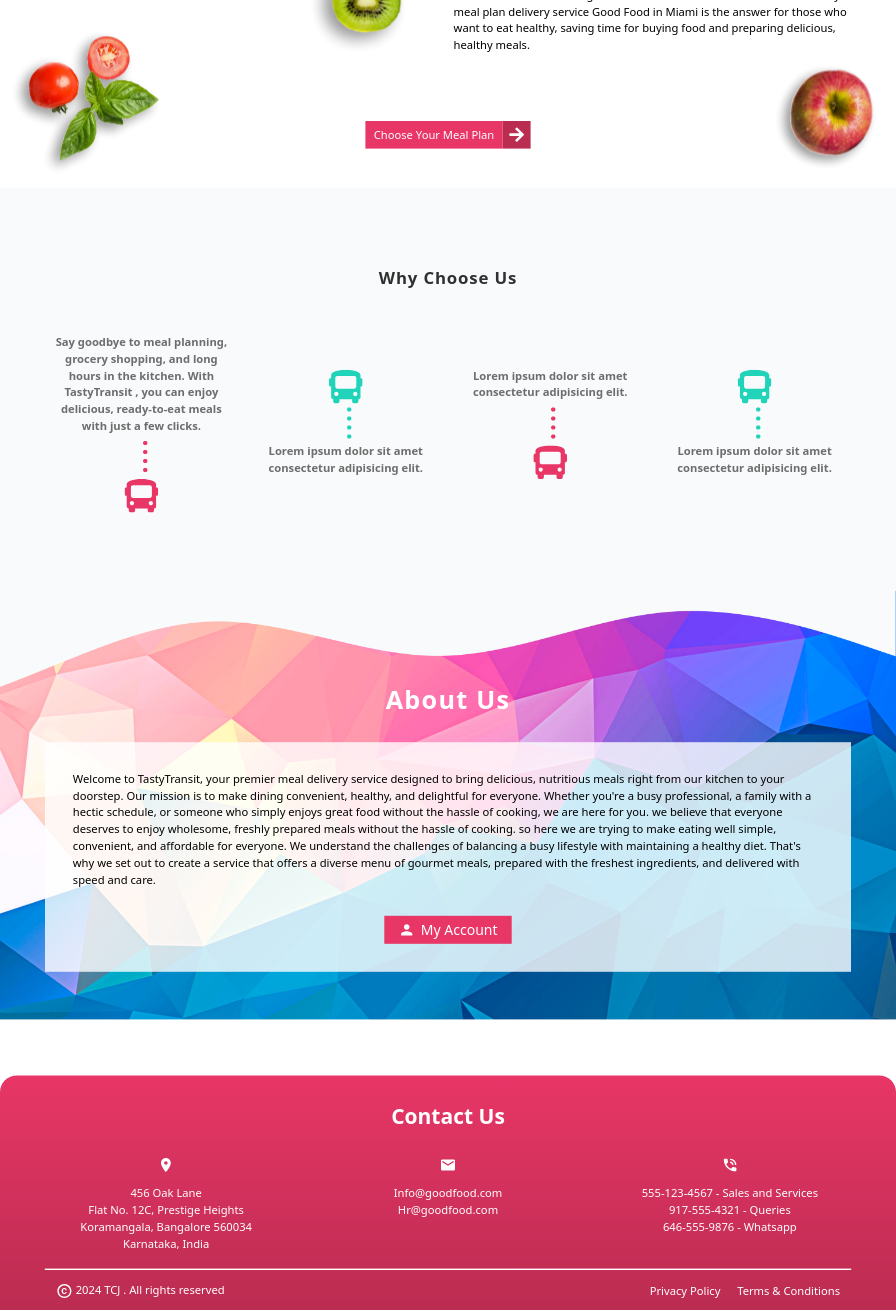
Repository: Ruchii02/restaurant-webpage
Page: / (app in my-project/)
These files come from the project's save history. The page is drawn as it stood at one moment and after the next save; the edit follows.
The browser window is 1280 px wide. The pictures show the part of the page from y = 1096 to 3016 px (the page is 2968 px tall before and 3016 px after), at 70% of full size.
Some web fonts or font styles are not loaded; a fallback is used. The project was rebuilt for these pictures with package versions that can differ from the ones it lists, and the page was loaded fresh each time. Also part of the build but not shown: my-project/vite.config.js.

Above is the page before, as saved 2024-08-06 16:19:50.

### my-project/index.html
<!doctype html>
<html lang="en">
  <head>
    <meta charset="UTF-8" />
    <link rel="icon" type="image/svg+xml" href="/vite.svg" />
    <meta name="viewport" content="width=device-width, initial-scale=1.0" />
    <title>TastyTransit</title>
  </head>
  <body>
    <div id="root"></div>
    <script type="module" src="/src/main.jsx"></script>
  </body>
</html>

### my-project/src/App.jsx

import React, { useEffect, useState } from 'react'
import Navbar from './components/Navbar/Navbar'
import MainPage from './components/MainPage/MainPage'
import Banner from './components/Banner/Banner'
import WhyChoose from './components/WhyChoose/WhyChoose'
import About from './components/About/About'
import Footer from './components/Footer/Footer'
import Popup from './components/Popup/Popup'
import { duration, easing } from '@mui/material'
import AOS from "aos";
import "aos/dist/aos.css";
 const App = () => {
  const [showPopup , setShowPopup] = useState(false);

  const HandlePopup = ()=>{
    setShowPopup(true);
  };

  useEffect(()=>{
    AOS.init({
      offset: 100,
      duration: 800,
      easing: "ease-in-shine",
      delay : 100,
    });
    AOS.refresh();
  }, []);
  return (
    <div className="overflow-x-hidden">
      <Navbar HandlePopup={HandlePopup}/>
      <MainPage/>
      <Banner/>
      <WhyChoose/>
      <About HandlePopup={HandlePopup}/>
      <Footer/>
      <Popup showPopup={showPopup} setShowPopup={setShowPopup}/>
    </div>
  )
}



export default App

### my-project/src/index.css
@import url('https://fonts.googleapis.com/css2?family=Ephesis&display=swap');

@tailwind base;
@tailwind components;
@tailwind utilities;

### my-project/src/components/Navbar/Navbar.jsx
import React from 'react'
import {FaCaretDown} from "react-icons/fa";
import PersonIcon from '@mui/icons-material/Person';
const NavLinks = [
    {
        id: 1,
        name:"Home",
        link: "#"

    },
    {
        id: 1,
        name:"About",
        link: "#"

    },
    {
        id: 1,
        name:"Contact",
        link: "#"

    },
];

const DropdownLinks = [
    {
        id: 1,
        name: "Vegetables",
        link: "#",
    },
    {
        id: 2,
        name: "Fruits",
        link: "#",
    },
    {
        id: 3,
        name: "Grains",
        link: "#",
    },
    {
        id: 4,
        name: "Drinks",
        link: "#",
    },
]
 const Navbar = ({HandlePopup }) => {
  return (
    <>
    <div className='bg-white shadow-md'>
        <div className="container flex justify-between py-4 sm:py-3">
            {/*logo section*/}
         <div className='font-bold text-3xl'>
           Logo
         </div>
         {/*navbar section*/}
         <div>
            <ul className='flex items-center gap-10'>
                {
                    NavLinks.map(({id , name, link})=>(
                        <li key={id}>
                            <a href={link} className=' hidden sm:inline-block
                            hover:text-primary text-xl font-semibold'>{name}</a>
                        </li>
                    ))
                }
                {/*dropdown and links*/}
                <li className=' hidden md:block cursor-pointer group'>
                    <a href='#'
                         className='inline-block
                            hover:text-primary text-xl font-semibold'>
                                <div className='flex items-center gap-[2px] py-2'>
                                  Dropdown
                                  <span>
                                    <FaCaretDown className='group-hover:rotate-180 duration-300'/>
                                  </span>
                                </div>
                            </a>
                            {/*dropdown section*/}
                            <div className='absolute z-[9999] hidden group-hover:block w-[200px] bg-white text-black shadow-md p-2'>
                                <ul>
                                    {
                                        DropdownLinks.map(({id, name, link})=>(
                                            <li key={id}>
                                                <a href={link}
                                                  className='inline-block w-full rounded-md p-2
                                                  hover:bg-primary/20 text-xl '>
                                                    {name}
                                                  </a>
                                            </li>
                                        ))
                                    }
                                </ul>
                            </div>
                </li>
                {/*Login button*/}
                <li>
                   <button onClick={HandlePopup} className='flex justify-center
                    items-center gap-2
                    bg-secondary
                    h-[40px] text-xl text-white px-2
                    py-2 hover:scale-105 duration-300'>
                    <PersonIcon/>
                    My Account
                    </button>
                </li>
            </ul>
         </div>
        </div>
    </div>
    </>
  )
}

export default Navbar;

### my-project/src/components/MainPage/MainPage.jsx
import React from 'react'
import main_bg from "../../assets/main.png"
import PrimaryButton from '../shared/PrimaryButton'
const MainPage = () => {
  return (
    <>
    <div className='relative z-[-1] bg-gradient-to-r from-pink-100 to-cyan-100'>
        <div className="container py-16 sm:py-0">
            <div className="grid grid-cols-1 sm:grid-cols-2 gap-4
                place-items-center min-h-[600px]">

               {/*text-content section*/}
               <div className='space-y-7 text-dark order-2 sm:order-1'>
                 <h1 data-aos = "fade-up" className='text-5xl'>Welcome to <span className='text-primary font-cursive text-7xl'>TastyTransit</span> <br /> Fresh & Healthy <br></br> Meal Plan
                       <span className='text-secondary font-cursive text-7xl'>Delivery</span> <br>
                       </br>{"  "}
                        in Your city
                     </h1>
                   <p data-aos = "fade-up"
                      data-aos-delay="300"
                     className='lg:pr-64'>
                     Delicious Meals Delivered to Your Door
                     From 99$ per month.

                     </p>

                     {/*button section*/}
                     <div data-aos = "fade-up"
                      data-aos-delay="500">
                     <PrimaryButton/>
                     </div>
               </div>
               {/*image section*/}
                 <div data-aos = "zoom-in"
                      data-aos-delay="500"
                   className='relative z-30 order-1 sm:order-2'>
                    <img src={main_bg} alt='' className='w-full sm:scale-125
                          sm:translate-y-16'/>
                 </div>
            </div>
        </div>

    </div>
    </>
  )
}

export default MainPage

### my-project/src/components/WhyChoose/WhyChoose.jsx
import React from 'react'
import { FaBus } from 'react-icons/fa'

const WhyChoose = () => {
  return (
   <>
   <div className="py-14 md:py-28
   bg-gray-50">
    <div className="container">
        {/*heading section*/}
        <h1 data-aos="fade"
          className='pb-16 tracking-wider
            text-2xl font-semibold text-dark
            text-center'>
                Why Choose Us
                </h1>

                {/*card section*/}
                <div data-aos="fade" data-aos-delay="300" >
                    <div className='grid grid-cols-2
                    md:grid-cols-4 gap-14 sm:gap-4 '>
                    {/*first card*/}
                    <div className='text-center flex justify-center
                        items-center flex-col gap-2 px-2'>
                           <p className='text-dark/70 font-semibold'>
                           Say goodbye to meal planning,
                            grocery shopping, and long hours
                             in the kitchen. With TastyTransit
                             , you can enjoy delicious, ready-to-eat
                              meals with just a few clicks.
                            </p>
                            <p className='text-5xl rotate-90 text-primary text-center
                                 translate-x-5'>....</p>
                            <FaBus className='text-5xl text-primary'/>
                    </div>
                    {/*second card*/}
                    <div className='text-center flex justify-center
                        items-center flex-col gap-1 px-3'>
                           <FaBus className='text-5xl text-secondary'/>
                           <p className='text-5xl rotate-90 text-secondary text-center
                                 translate-x-5'>....</p>
                           <p className='text-dark/70 font-semibold'>
                             Lorem ipsum dolor sit amet consectetur adipisicing elit.
                            </p>

                    </div>
                    {/*third card*/}
                    <div className='text-center flex justify-center
                        items-center flex-col gap-2 px-2'>
                           <p className='text-dark/70 font-semibold'>
                             Lorem ipsum dolor sit amet consectetur adipisicing elit.
                            </p>
                            <p className='text-5xl rotate-90 text-primary text-center
                                 translate-x-5'>....</p>
                            <FaBus className='text-5xl text-primary'/>
                    </div>
                     {/*fourth card*/}
                     <div className='text-center flex justify-center
                        items-center flex-col gap-1 px-3'>
                           <FaBus className='text-5xl text-secondary'/>
                           <p className='text-5xl rotate-90 text-secondary text-center
                                 translate-x-5'>....</p>
                           <p className='text-dark/70 font-semibold'>
                             Lorem ipsum dolor sit amet consectetur adipisicing elit.
                            </p>

                    </div>
                    </div>
                </div>
    </div>
   </div>
   </>
  )
}

export default WhyChoose

### my-project/src/components/About/About.jsx
import React from 'react'
import BgPolygon from "../../assets/polygon.png"
import Vector from"../../assets/vector-wave.png";
import PersonIcon from '@mui/icons-material/Person';
const bgStyle = {
    backgroundImage: `url(${BgPolygon})`,
    backgroundRepeat: "no-repeat",
    backgroundPosition: "center",
    backgroundSize: "cover",
    width: "100%",
    height:"100%",
    position: "relative",
};

const About = ({HandlePopup}) => {
  return (
    <>
    <div style={bgStyle} className='py-14'>
        <div className="container min-h-[500px]
            relative z-10">
                <h1 className='pt-20 tracking-wider text-4xl font-semibold
                 text-white text-center'>
                  About Us
                </h1>
                {/*card-section*/}
                <div data-aos="fade"
                      data-aos-delay="300"
                     className='bg-white/80 p-10 my-10'>
                          Welcome to TastyTransit, your premier meal delivery
                           service designed to bring delicious, nutritious
                            meals right from our kitchen to your doorstep. Our mission is
                             to make dining convenient, healthy, and
                             delightful for everyone. Whether you're a
                              busy professional, a family with a hectic
                               schedule, or someone who simply enjoys great
                                food without the hassle of cooking, we are
                                 here for you.
                                 we believe that everyone deserves to enjoy wholesome,
                                  freshly prepared meals without the hassle of cooking.
                                   so here we are trying to make eating well simple,
                                   convenient, and affordable for everyone.
                                 We understand the challenges of
                                 balancing a busy lifestyle with maintaining a
                                 healthy diet. That's why we set out to create a
                                  service that offers a diverse menu of gourmet meals,
                                   prepared with the freshest ingredients,
                                  and delivered with speed and care.



                     <div className='pt-10 flex justify-center'>
                     <button onClick={HandlePopup} className='flex justify-center
                    items-center gap-2
                    bg-primary
                    h-[40px] text-xl text-white px-5
                    py-2 hover:scale-105 duration-300'>
                    <PersonIcon/>
                    My Account
                    </button>
                     </div>
                </div>
        </div>
        {/* wave-vector */}
        <div className='absolute top-0 w-full
              right-0 '>
            <img src={Vector} alt='' className='mx-auto' />
        </div>

    </div>
    </>
  )
}

export default About

### my-project/src/components/Footer/Footer.jsx
import React from 'react'
import PhoneInTalkIcon from '@mui/icons-material/PhoneInTalk';
import EmailIcon from '@mui/icons-material/Email';
import CopyrightIcon from '@mui/icons-material/Copyright';
import LocationOnIcon from '@mui/icons-material/LocationOn';
const Footer = () => {
  return (
    <>
    <div className='text-white mt-20'>
       <div data-aos="fade-down"  className="container bg-gradient-to-b
            from-primary to-primaryDark rounded-t-3xl">
          {/* heading-section */}
               <h1 className='py-10 text-3xl font-bold
                  text-yellow text-center'>
                  Contact Us
                </h1>

            {/* grid-section */}
            <div className='grid grid-cols-1 sm:grid-cols-2
               md:grid-cols-3 gap-14 border-b-2
               border-white pb-6'>
                {/* address-section */}
                <div className='text-center space-y-4'>
                    <div className='flex justify-center'>
                      <LocationOnIcon className='text-5xl'/>
                    </div>
                    <p>
                    456 Oak Lane <br/>
                    Flat No. 12C, Prestige Heights<br/>
                    Koramangala, Bangalore 560034<br/>
                    Karnataka, India
                    </p>
                </div>
                 {/* email-section */}
                 <div className='text-center space-y-4'>
                    <div className='flex justify-center'>
                      <EmailIcon className='text-5xl'/>
                    </div>
                    <div>
                    <p>Info@goodfood.com</p>
                    <p>Hr@goodfood.com</p>
                    </div>
                </div>
               {/* Number-section */}
               <div className='text-center space-y-4'>
                    <div className='flex justify-center'>
                      <PhoneInTalkIcon className='text-5xl'/>
                    </div>
                    <div>
                    <p>555-123-4567 - Sales and Services</p>
                    <p>917-555-4321 - Queries</p>
                    <p>646-555-9876 - Whatsapp</p>
                    </div>
                </div>
            </div>
            {/* copyright-section */}
            <div className='flex justify-between p-4 items-center'>
                <p><CopyrightIcon/> 2024 TCJ . All rights reserved</p>
                <div className='flex items-center gap-6'>
                    <a href='#'>Privacy Policy</a>
                    <a href='#'>Terms & Conditions</a>
                </div>
            </div>
       </div>
    </div>
    </>
  )
}

export default Footer

### my-project/src/components/Popup/Popup.jsx
import React from 'react'
import CloseIcon from '@mui/icons-material/Close';
import GoogleIcon from '@mui/icons-material/Google';
import FacebookIcon from '@mui/icons-material/Facebook';
const Popup = ({showPopup , setShowPopup})=>{
    return (
        <>
        {
             showPopup && (
              <div>
                <div className="h-screen w-screen fixed top-0
                  left-0 bg-black/50 z-50 backdrop-blur-sm">
                    <div className='fixed top-1/2 left-1/2
                       -translate-x-1/2 -translate-y-1/2 p-4
                         shadow-md bg-white rounded-md duration-200 w-[300px]'>
                      {/* header-section */ }
                       <div className='flex items-center justify-between'>
                        <div>
                            <h1 className='text-2xl font-bold
                               text-dark'>Login</h1>
                        </div>
                        <div>
                            <CloseIcon className='text-2xl cursor-pointer'
                              onClick={()=> setShowPopup(false)} />
                        </div>
                       </div>
                       {/* loginForm-section*/}
                       <div className='mt-4'>
                          <input type='email' placeholder='enter email'
                              className='w-full rounded-md border border-gray-300
                              dark:border-gray-500 px-2 py-1 mb-4'   />

                              <input type='password' placeholder='enter password'
                            className='w-full rounded-md border border-gray-300
                              dark:border-gray-500 px-2 py-1 mb-4'   />

                              {/* loginButton-section*/}
                              <div>
                                <button
                                   className='w-full bg-primary text-white
                                      p-2 rounded-md'  onClick={()=> setShowPopup(false)}>Login Now</button>
                              </div>

                               {/* loginSocial-section*/}

                                 <div className='mt-4'>
                                    <p className='text-center'>or Login with</p>
                                    <div className='flex justify-center gap-2 mt-2'>
                                       <GoogleIcon className='text-5xl hover:text-primary duration-200 ' />
                                       <FacebookIcon className='text-5xl hover:text-blue-500 duration-200 '/>
                                    </div>
                                 </div>
                       </div>
                    </div>
                </div>
              </div>
            )
        }
        </>
    )
};

export default Popup;

### my-project/src/components/shared/PrimaryButton.jsx
import React from 'react'
import { FaArrowRight } from 'react-icons/fa'
const PrimaryButton = () => {
  return (
    <>
    <div className='flex items-center group'>
        <button className='bg-primary h-[40px] text-white px-3 py-2'>
            Choose Your Meal Plan
        </button>
        <FaArrowRight className='inline-block
         group-hover:!translate-x-2 duration-200
         p-2 text-base h-[40px] w-[40px] bg-primaryDark text-white'/>
    </div>
    </>
  )
}

export default PrimaryButton

Loaded but not shown: my-project/src/main.jsx (common file); my-project/tailwind.config.js (31 lines, source omitted); my-project/src/components/Banner/Banner.jsx (101 lines, source omitted)

After the next save:
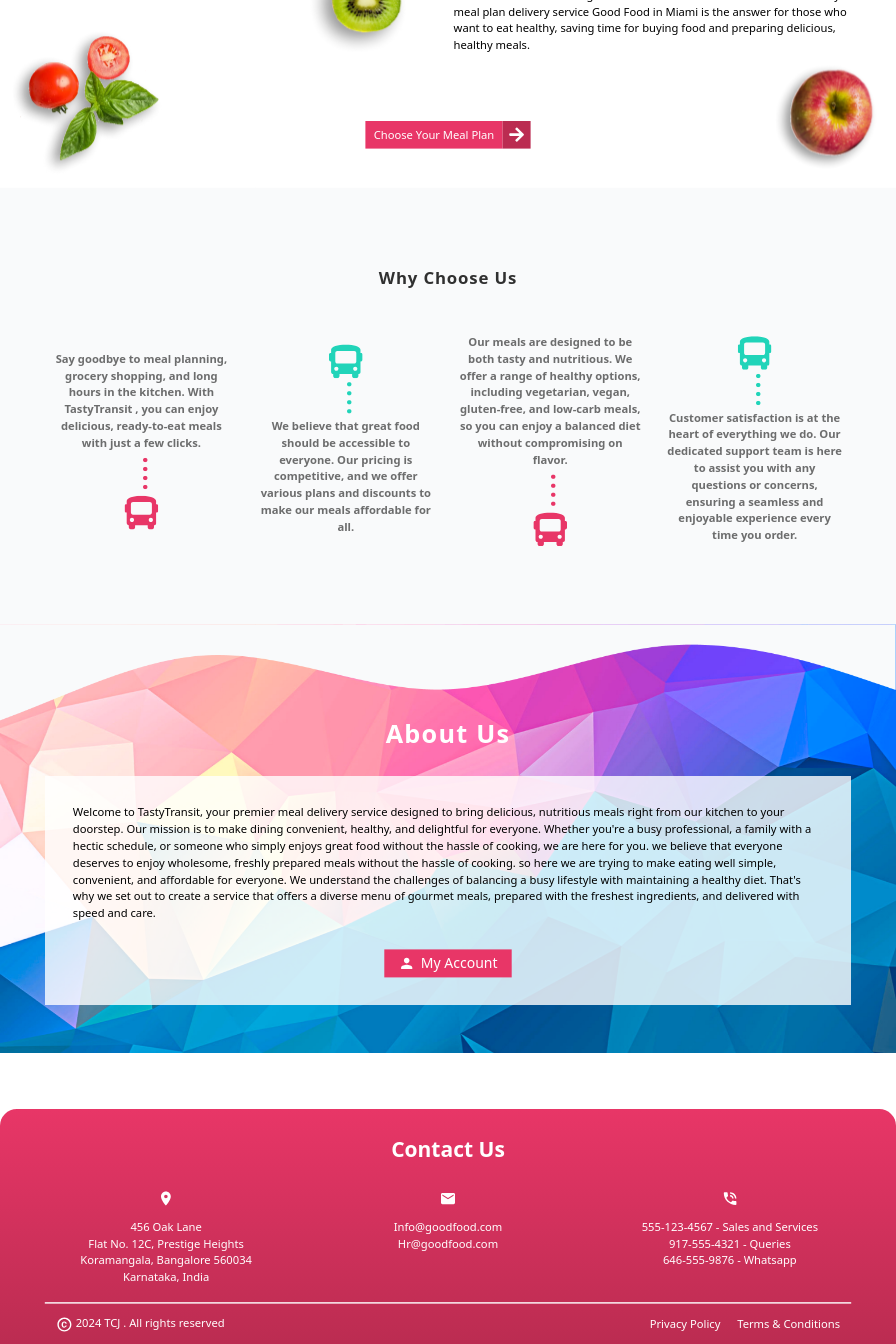
Saved 104 s later.
--- a/my-project/src/components/WhyChoose/WhyChoose.jsx
+++ b/my-project/src/components/WhyChoose/WhyChoose.jsx
@@ -40,7 +40,11 @@ const WhyChoose = () => {
                            <p className='text-5xl rotate-90 text-secondary text-center
                                  translate-x-5'>....</p>
                            <p className='text-dark/70 font-semibold'>
-                             Lorem ipsum dolor sit amet consectetur adipisicing elit.
+                           We believe that great food should be
+                            accessible to everyone. Our pricing is
+                             competitive, and we offer various plans and
+                              discounts to make our meals affordable for
+                               all.
                             </p>
 
                     </div>
@@ -48,7 +52,12 @@ const WhyChoose = () => {
                     <div className='text-center flex justify-center
                         items-center flex-col gap-2 px-2'>
                            <p className='text-dark/70 font-semibold'>
-                             Lorem ipsum dolor sit amet consectetur adipisicing elit.
+                           Our meals are designed to be both tasty
+                           and nutritious. We offer a range of healthy
+                           options, including vegetarian, vegan,
+                           gluten-free, and low-carb meals,
+                           so you can enjoy a balanced diet without
+                            compromising on flavor.
                             </p>
                             <p className='text-5xl rotate-90 text-primary text-center
                                  translate-x-5'>....</p>
@@ -61,7 +70,11 @@ const WhyChoose = () => {
                            <p className='text-5xl rotate-90 text-secondary text-center
                                  translate-x-5'>....</p>
                            <p className='text-dark/70 font-semibold'>
-                             Lorem ipsum dolor sit amet consectetur adipisicing elit.
+                           Customer satisfaction is at the heart of
+                           everything we do. Our dedicated support team
+                           is here to assist you with any questions or
+                           concerns, ensuring a seamless and enjoyable
+                            experience every time you order.
                             </p>
 
                     </div>
